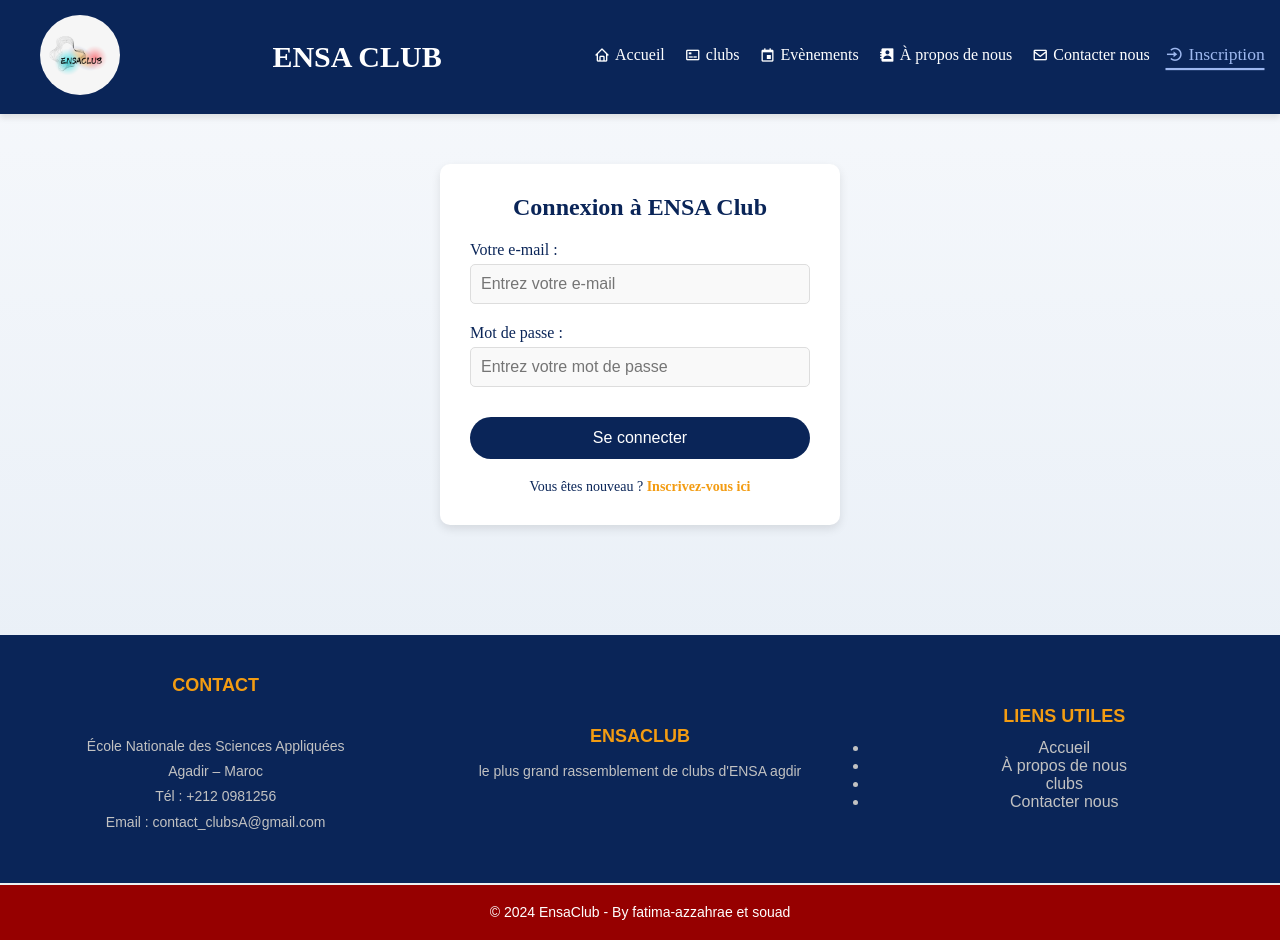
Repository: fati-smart/ENSAclub
Page: login.html
The author's editor kept a copy of each file at every save. The page is drawn from the files as they stood at one save, then again after the next save.
The browser window is 1280 px wide. The pictures show the whole page.

Above is the page before, as saved 2024-12-02 18:53:52.

After the next save:
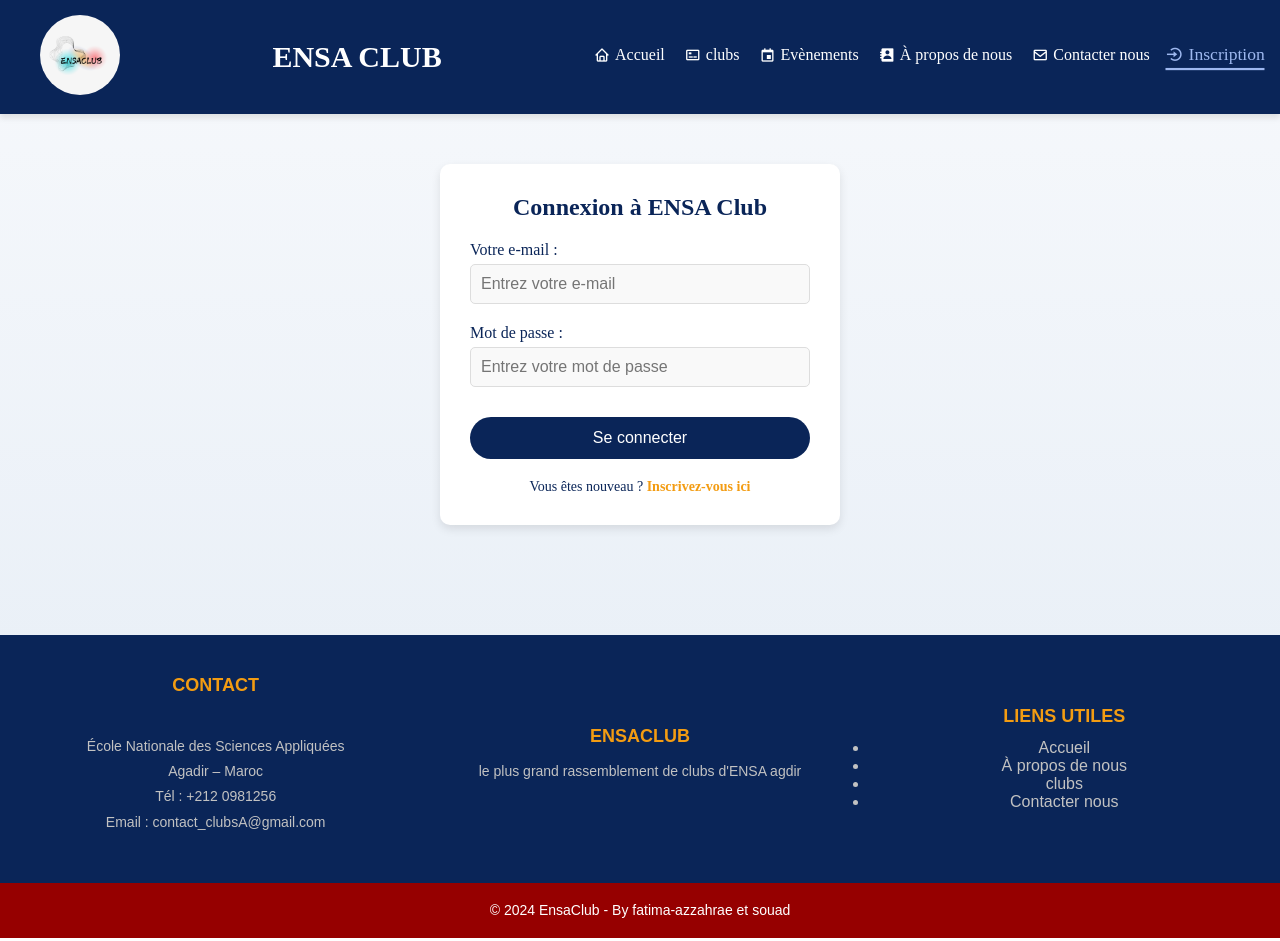
Saved 15 s later.
--- a/style.css
+++ b/style.css
@@ -723,7 +723,7 @@ i.bx.bx-chevrons-left:hover {
   color: white;
   padding: 15px; /* Augmente l'espacement interne du footer-bottom */
   font-size: 12px;
-  border-top: 2px solid #ecf0f1; /* Ligne séparatrice */
+
   margin-top: 0; /* Supprime les marges entre le container et le footer-bottom */
 }
 
